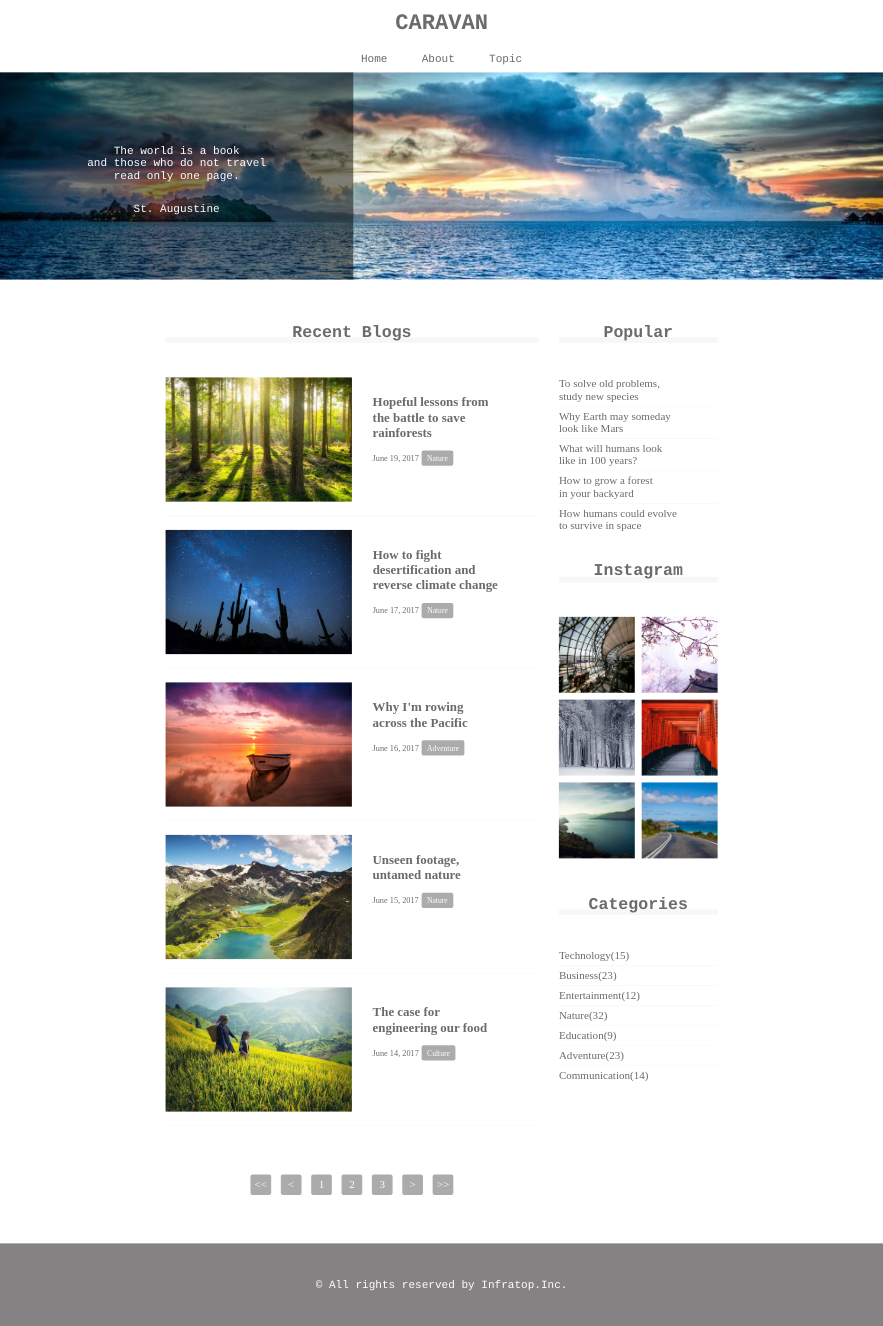
Repository: Risako-Kuse/HTML-CSS
Page: caravan/index.html
The author's editor kept a record of every edit. The page is drawn from the files as they stood at one moment, then again after the next edit.
The browser window is 1280 px wide. The pictures show the whole page, at 69% of full size.

Above is the page before.

After the next edit:
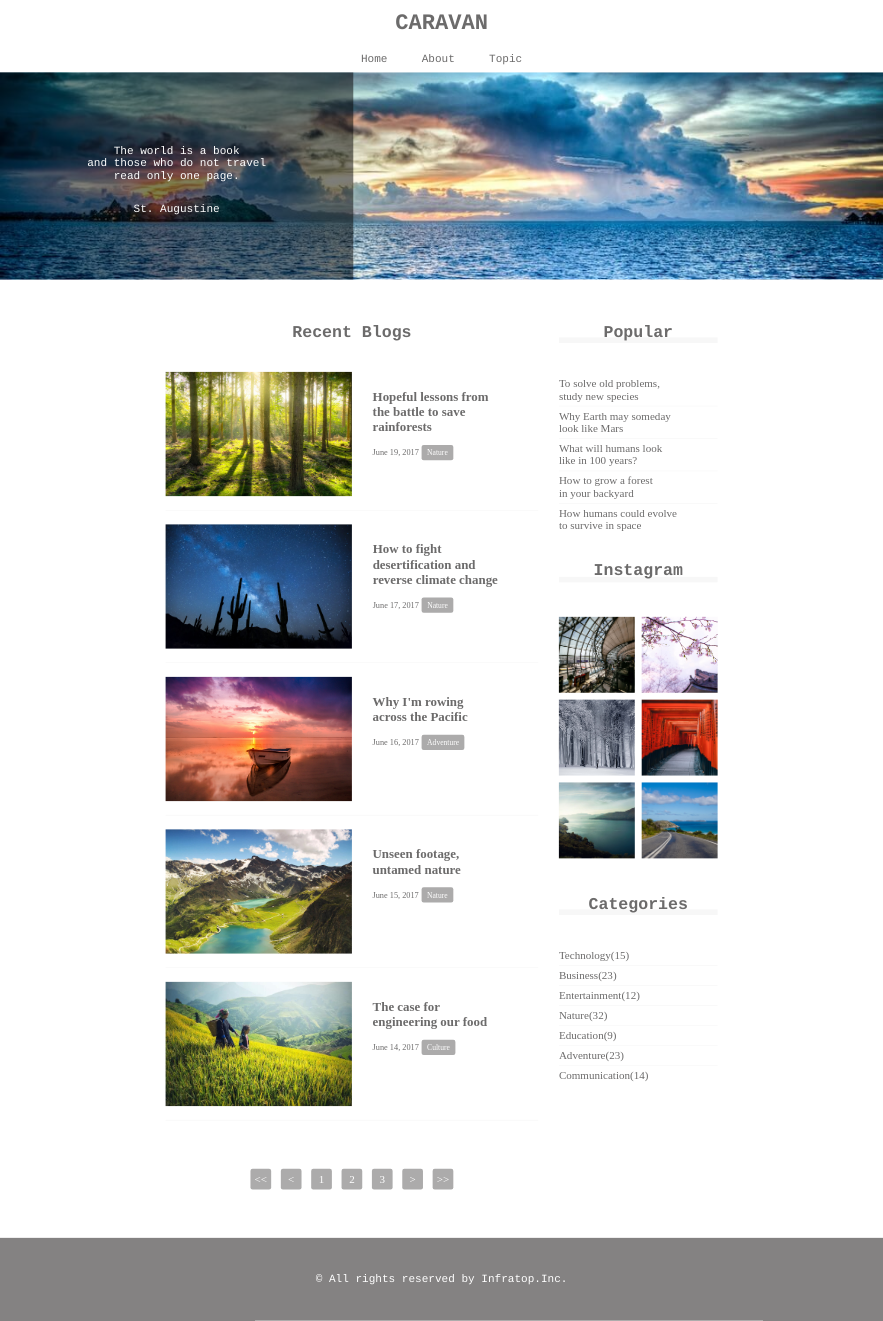
The edit:
--- a/caravan/index.html
+++ b/caravan/index.html
@@ -48,7 +48,7 @@
   <!-- main用のdiv -->
   <main>
     <section class="blog">
-      <h2 class="blog-heading common-heading">Recent Blogs</h2>
+      <h2 class="blog-heading">Recent Blogs</h2>
       <div class="blog-box">
       <div class="blog-item">
        <img class="blog-image" src="img/forest.jpg">
